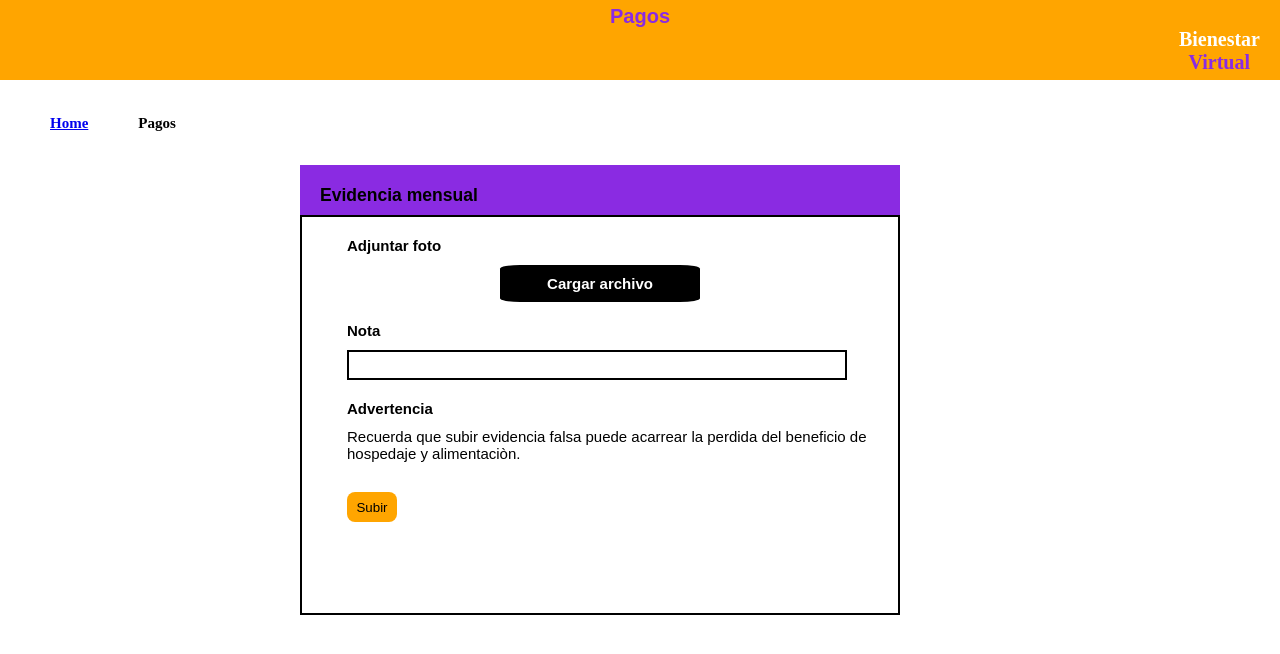
Repository: Diani123/Mis-actividades
Page: softwarebienestarinstitucional/pagos.html
An editor plug-in stored every save of this project. The page is shown before and after the next save, followed by the edit.
The browser window is 1280 px wide. The pictures show the whole page.

Above is the page before, as saved 2023-02-12 19:58:02.

### softwarebienestarinstitucional/pagos.html
<!DOCTYPE html>
<html lang="en">
  <head>
    <meta charset="UTF-8" />
    <meta http-equiv="X-UA-Compatible" content="IE=edge" />
    <meta name="viewport" content="width=device-width, initial-scale=1.0" />
    <link rel="stylesheet" href="./pagos.css" />
    <title>Document</title>
  </head>
  <body>
    <header>
      <div class="Encabezado">
        <h2 class="title1">Pagos</h2>
        <h2 class="title2">Bienestar</h2>
        <h2 class="title3">Virtual</h2>
      </div>
    </header>
    <div class="Items">
      <a href="./home.html"><h2 class="item">Home</h2></a>
      <h2 class="item">Pagos</h2>
    </div>
    <div class="ContainerT">
      <div class="ContainerTitle">
        <h3 class="title4">Evidencia mensual</h3>
      </div>
      <div class="Container-dowload">
        <form
          action="../../form-result.php"
          method="post"
          enctype="multipart/form-data"
          target="_blank"
        >
          <p class="textt">Adjuntar foto</p>
          <br />

          <div class="custom-input-file col-md-6 col-sm-6 col-xs-6">
            <input
              type="file"
              id="fichero-tarifas"
              class="input-file"
              value=""
            />
            Cargar archivo
          </div>

          <p class="textt">Nota</p>
          <br />
          <section class="Section-nota">
            <input class="input3" type="text" name="" id="" />
          </section>
          <p class="textt">Advertencia</p>
          <br />
          <h2 class="advertencia">
            Recuerda que subir evidencia falsa puede acarrear la perdida del
            beneficio de hospedaje y alimentaciòn.
          </h2>
          <button class="boton">Subir</button>
        </form>
      </div>
    </div>
  </body>
</html>

### softwarebienestarinstitucional/pagos.css
* {
    margin: 0;
    padding: 0;
    box-sizing: border-box;
  }
  html {
    font-size: 62.5%;
  }
  html,
  body {
    min-height: 100%;
  }
  .Encabezado {
    display: flex;
    flex-direction: column;
    width: 100%;
    height: 80px;
    background-color: orange;
  }
  .Items {
    display: flex;
    flex-direction: row;
    text-align: left;
    height: 50px;
    margin-top: 15px;
    margin-bottom: 20px;
  }
  .title1 {
    padding-top: 5px;
    text-align: center;
    font-size: 2rem;
    font-family: Arial, Helvetica, sans-serif;
    color: blueviolet;
  }
  .title2 {
    text-align: end;
    margin-right: 20px;
    font-size: 2rem;
    color: white;
  }
  .title3 {
    text-align: end;
    margin-right: 30px;
    font-size: 2rem;
    color: blueviolet;
    padding-top: px;
  }
  .item {
    padding-top: 20px;
    padding-left: 50px;
  }


  .ContainerTitle {
    margin-left: 300px;
    height: 50px;
    width: 600px;
    background-color: blueviolet;
    padding-left: 20px;
    padding-top: 20px;
    font-size: 1.5rem;
    font-family: Arial, Helvetica, sans-serif;
  }
  .Container-dowload{
    margin-left: 300px;
    width: 600px;
    height: 400px;
    border: solid 2px black;
  }
  .ContainerT{
    display: grid;
  }

  .textt{
    margin-top: 20px;
    margin-left: 45px;
    font-size: 1.5rem;
    font-weight: 700;
    font-family: Arial, Helvetica, sans-serif;
  }
  .section1{
    width: 500px;
    height: 80px;
    margin-left: 45px;
    border: solid 2px black;
    justify-content: center;
    align-items: center;
  }

  .input3{
    width: 500px;
    height: 30px;
    margin-left: 45px;
    border: solid 2px black;


  }
  .advertencia{
    margin-left: 45px;
    font-weight: 100;
    font-family: Arial, Helvetica, sans-serif;
  }
  .boton{
    margin-top: 30px;
    margin-left: 45px;
    width: 50px;
    height: 30px;
    background-color: orange;
    border-radius: 8px;
    border: none;
    cursor: pointer;

  }
  .boton:hover{
    box-shadow: 0 0 20px blueviolet;
  }
  .custom-input-file {
    background-color: black;
    color: #fff;
    cursor: pointer;
    font-size: 1.5rem;
    font-weight: bold;
    margin: 0 auto 0;
    min-height: 15px;
    overflow: hidden;
    padding: 10px;
    position: relative;
    text-align: center;
    width: 200px;
    border-radius: 10%;
    font-family: Arial, Helvetica, sans-serif;
  }

  .custom-input-file .input-file {
   border: 10000px solid transparent;
   cursor: pointer;
   font-size: 10000px;
   margin: 0;
   opacity: 0;
   outline: 0 none;
   padding: 0;
   position: absolute;
   right: -1000px;
   top: -1000px;
  }

After the next save:
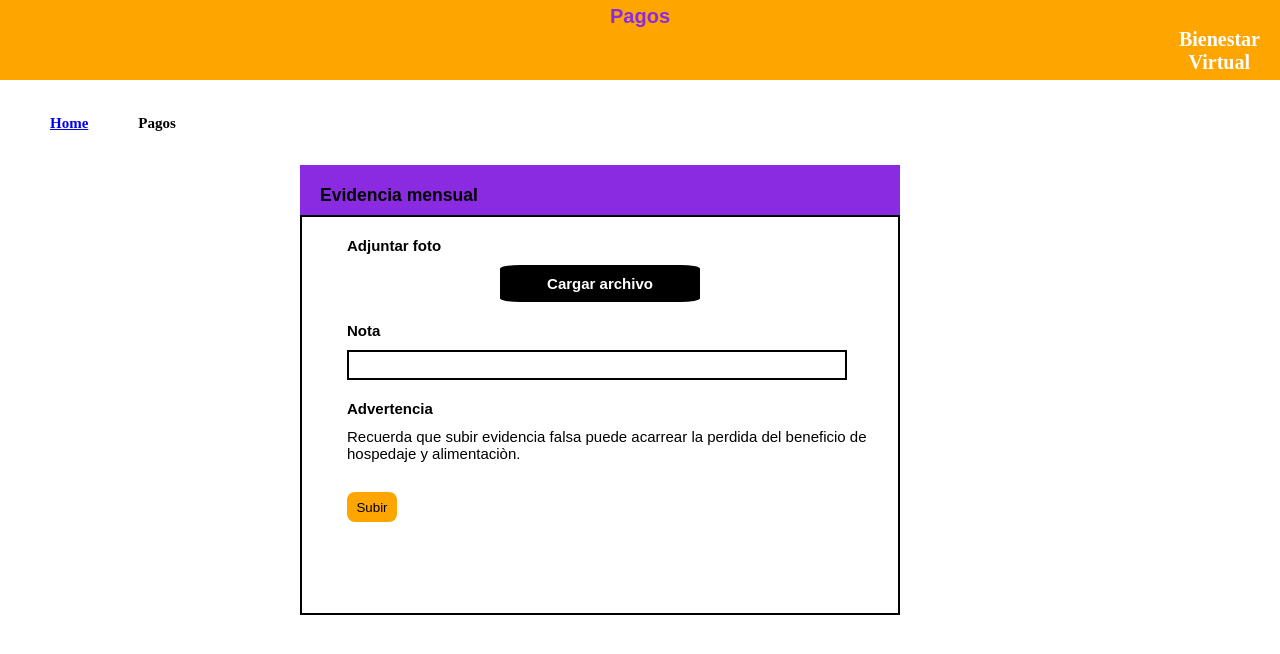
Saved 9 s later.
--- a/softwarebienestarinstitucional/pagos.css
+++ b/softwarebienestarinstitucional/pagos.css
@@ -42,7 +42,7 @@
     text-align: end;
     margin-right: 30px;
     font-size: 2rem;
-    color: blueviolet;
+    color: white;
     padding-top: px;
   }
   .item {
